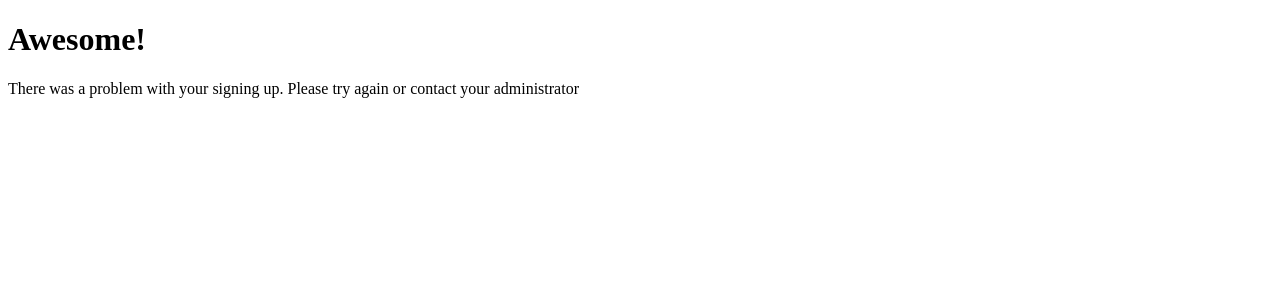
Repository: baodeptry02/newsletter-signup
Page: success.html
An editor plug-in stored every save of this project. The page is shown before and after the next save, followed by the edit.
The browser window is 1280 px wide. The pictures show the whole page.

Above is the page before, as saved 2023-04-10 17:19:49.

After the next save:
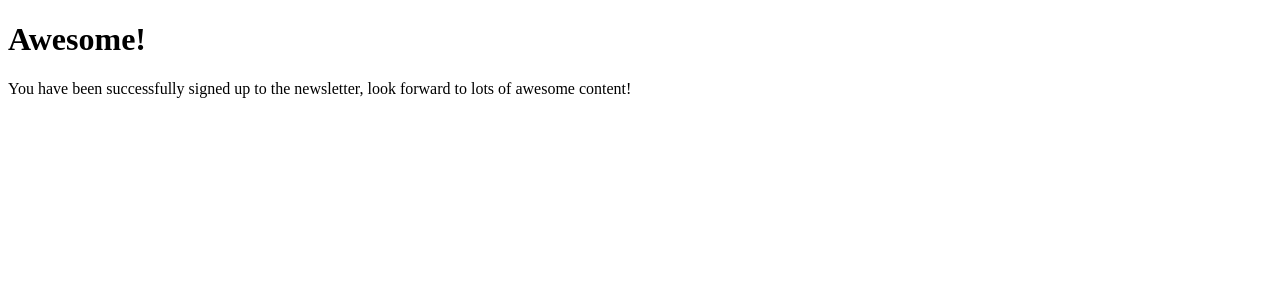
Saved 57 s later.
--- a/success.html
+++ b/success.html
@@ -10,7 +10,7 @@
     <div class="jumbotron jumbotron-fluid">
         <div class="container">
             <h1 class="display-4">Awesome!</h1>
-            <p class="lead">There was a problem with your signing up. Please try again or contact your administrator</p>
+            <p class="lead">You have been successfully signed up to the newsletter, look forward to lots of awesome content!</p>
         </div>
     </div>
 </body>
